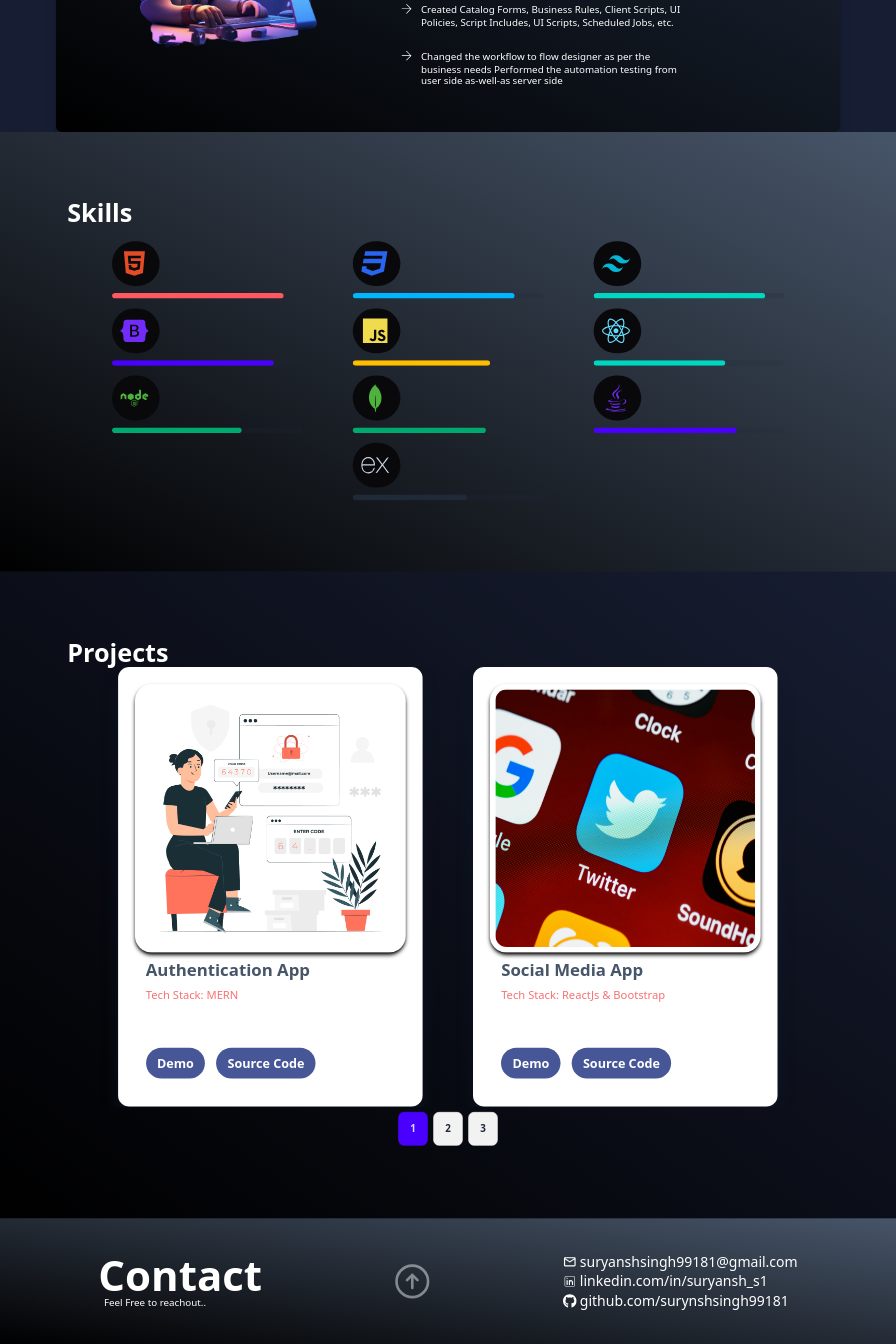
Repository: suryanshsingh99181/portfolio
Page: /
The author's editor kept a copy of each file at every save. The page is drawn from the files as they stood at one save, then again after the next save.
The browser window is 1280 px wide. The pictures show the part of the page from y = 902 to 2822 px (the page is 2822 px tall), at 70% of full size.
The project was rebuilt for these pictures with package versions that can differ from the ones it lists, and the page was loaded fresh each time. Also part of the build but not shown: vite.config.js.

Above is the page before, as saved 2024-08-23 11:15:54.

### src/main.jsx
import { StrictMode } from "react";
import { createRoot } from "react-dom/client";
import App from "./App.jsx";
import "./index.css";
import { BrowserRouter, Router } from "react-router-dom";

createRoot(document.getElementById("root")).render(
  <StrictMode>
    <App />
  </StrictMode>
);

### src/App.jsx
import Experience from "./Components/experience/Experience";
import Footer from "./Components/footer/Footer";
import Home from "./Components/home/Home";
import Navbar from "./Components/navbar/Navbar";
import Projects from "./Components/Projects/Projects";
import Skills from "./Components/skills/Skills";
import "./index.css";

function App() {
  return (
    <div className="bg-[#171d32] h-auto w-full overflow-hidden">
      <Navbar></Navbar>
      <Home></Home>
      <Experience></Experience>
      <Skills></Skills>
      <Projects></Projects>
      <Footer></Footer>
    </div>
  );
}

export default App;

### src/Components/experience/Experience.jsx
import { InboxArrowDownIcon } from "@heroicons/react/16/solid";
import { TfiArrowRight } from "react-icons/tfi";
import image from "../../assets/proj.png";
import allstate_logo from "../../assets/Allstate-Logo-2017.png";

const Experience = () => {
  return (
    <div
      id="Experience"
      className="text-white md:flex overflow-hidden items-center md:flex-wrap md:justify-center bg-gradient-to-tr from-black to to-slate-800 shadow-xl mx-0 md:mx-20 bg-opacity-30 rounded-lg p-12"
    >
      <div>
        <h2 className="text-2xl md:text-4xl font-bold">Experience</h2>
        <div className="md:flex flex-wrap flex-col md:flex-row items-center">
          <img
            className="md:h-80 -ml-28 pr-10"
            src={image}
            alt="Experience Image"
          />
          <ul>
            <div className="flex gap-10 bg-slate-950 bg-opacity-45 mt-4 rounded-lg p-4 items-center">
              <span className="text-white">
                <h2 className=" leading-tight ">
                  Associate Consultant at Allstate Solution Pvt Ltd
                </h2>
                <p className="text-sm leading-tight font-thin">
                  August 2022 - Nov 2023
                </p>
                <ul className="text-sm p-2">
                  <li>ServiceNow developer</li>
                </ul>
              </span>
              <span>
                <img src={allstate_logo} className="w-28 text-[#0033A0]" />
              </span>
            </div>
            <div className="flex gap-3 py-4">
              <TfiArrowRight />
              <span className="w-96">
                <p className="text-sm md:text-md leading-tight">
                  Incident management, change management, problem management,
                  configuration management, asset management, and other
                </p>
              </span>
            </div>
            <div className="flex gap-3 py-4">
              <TfiArrowRight />
              <span className="w-96">
                <p className="text-sm md:text-md leading-tight">
                  Created Catalog Forms, Business Rules, Client Scripts, UI
                  Policies, Script Includes, UI Scripts, Scheduled Jobs, etc.
                </p>
              </span>
            </div>

            <div className="flex gap-3 py-4">
              <TfiArrowRight />
              <span className="w-96">
                <p className="text-sm md:text-md leading-tight">
                  Changed the workflow to flow designer as per the business
                  needs Performed the automation testing from user side
                  as-well-as server side
                </p>
              </span>
            </div>
          </ul>
        </div>
      </div>
    </div>
  );
};

export default Experience;

### src/Components/footer/Footer.jsx
import { CiLinkedin } from "react-icons/ci";
import { FaGithub } from "react-icons/fa";
import { MdOutlineEmail } from "react-icons/md";
import { HiOutlineArrowUpCircle } from "react-icons/hi2";

const Footer = () => {
  const handleScrollTop = () => {
    const contactSection = document.getElementById("navbar");
    if (contactSection) {
      contactSection.scrollIntoView({ behavior: "smooth" });
    }
  };
  return (
    <div
      id="Contact"
      className="flex justify-around bg-gradient-to-tr from-black to to-slate-600 text-white p-10 md:p-12 items-center"
    >
      <div>
        <h1 className="text-2xl md:text-6xl font-bold">Contact</h1>
        <h3 className="ml-2 text-2xl md:text-sm font-normal ">
          Feel Free to reachout..
        </h3>
      </div>
      <HiOutlineArrowUpCircle
        className="text-6xl opacity-45 font-thin hover:"
        title="scroll up"
        onClick={handleScrollTop}
      />
      <ul className="text-sm md:text-xl">
        <li className="flex gap-1 items-center">
          <MdOutlineEmail />
          suryanshsingh99181@gmail.com
        </li>
        <li className="flex gap-1 items-center">
          <CiLinkedin />
          linkedin.com/in/suryansh_s1
        </li>
        <li className="flex gap-1 items-center">
          <FaGithub />
          github.com/surynshsingh99181
        </li>
      </ul>
    </div>
  );
};

export default Footer;
<div></div>;

### src/Components/home/Home.jsx
import React from "react";
import image from "../../assets/suryansh.jpg";
import TextChanger from "../../TextChanger";

const Home = () => {
  const handleScroll = () => {
    const contactSection = document.getElementById("Contact");
    if (contactSection) {
      contactSection.scrollIntoView({ behavior: "smooth" });
    }
  };
  return (
    <div className="bg-gradient-to-tr from-black to to-slate-600 text-white flex w-full justify-between items-start p-10 md:p-20">
      <div className="md:w-2/4 md:pt-10 mt-10">
        <h1 className="text-3xl md:text-6xl font-bold flex leading-normal tracking-tighter ">
          <TextChanger className=" whitespace-nowrap" />
        </h1>
        <p className="text-sm md:text-2xl leading-tight tracking-tight font-serif mt-4">
          a MERN stack developer...
        </p>
        <button
          className=" bg-blue-500 mt-5 md:md-10 text-white py-2 px-3 text-sm md:text-lg md:px-4 hover: duration-200 hover:bg-transparent hover:border-2 hover:border-[#FF7C00] font-semibold rounded-3xl"
          onClick={handleScroll}
        >
          Contact Me
        </button>
        <button
          className=" bg-blue-500 mt-5 ml-4 md:md-10 text-white py-2 px-3 text-sm md:text-lg md:px-4 hover: duration-200 hover:bg-transparent hover:border-2 hover:border-[#FF7C00] font-semibold rounded-3xl"
          onClick={""}
        >
          Resume
        </button>
      </div>
      <div>
        <img
          className="h-96 w-96 rounded-full object-cover object-center p-2 border-4 border-[#FF7C00] shadow-[0_0_0_5px_rgba(0,0,0,1)]"
          src={image}
          alt=""
        />
      </div>
    </div>
  );
};

export default Home;

### src/Components/navbar/Navbar.jsx
import { RiCloseLine, RiMenu3Line } from "@remixicon/react";
import React, { useState } from "react";

const Navbar = () => {
  const [showMenu, setShowMenu] = useState(true);
  const [menu, openMenu] = useState(false);
  return (
    <nav
      id="navbar"
      className="flex flex-wrap justify-between md:items-center text-white px-10 md:px-20 bg-slate-800 "
    >
      <span className="text-2xl font-bold tracking-wide hover:text-blue-300">
        Suryansh.
      </span>
      <ul
        className={`mx-24 mt-3 py-2 font-semibold md:-5 md:border-none  md:bg-transparent md:static md:mx-0 md:flex gap-6 ${
          menu ? "block" : "hidden"
        }`}
      >
        <a href="#Experience">
          <li className="text-md transition-all duration-500 p-1 md:p-0 hover:text-blue-300 hover:underline ">
            Experience
          </li>
        </a>
        <a href="#Skills">
          <li className="text-md transition-all duration-300 p-1 md:p-0 hover:text-blue-300 hover:underline">
            Skills
          </li>
        </a>
        <a href="#Projects">
          <li className="text-md transition-all duration-300 p-1 md:p-0 hover:text-blue-300 hover:underline">
            Projects
          </li>
        </a>
        <a href="#Contact">
          <li className="text-md transition-all duration-300 p-1 md:p-0 hover:text-blue-300 hover:underline">
            Contact
          </li>
        </a>
      </ul>
      {showMenu ? (
        <RiMenu3Line
          size={30}
          className="md:hidden absolute right-10 top-6 transition-all duration-300"
          onClick={() => {
            openMenu(!menu);
            setShowMenu(!showMenu);
          }}
        />
      ) : (
        <RiCloseLine
          size={30}
          className="md:hidden absolute right-10 top-6 transition-all duration-300"
          onClick={() => {
            openMenu(!menu);
            setShowMenu(!showMenu);
          }}
        />
      )}
    </nav>
  );
};

export default Navbar;

### src/Components/Projects/Projects.jsx
import ProjectCard from "./ProjectCard";
import proj1 from "../../assets/1.jpg";
import proj2 from "../../assets/2.jpg";
import proj3 from "../../assets/3.png";
import proj4 from "../../assets/6.png";
import proj5 from "../../assets/4.jpeg";
import proj6 from "../../assets/5.jpg";

const Projects = () => {
  return (
    <div
      id="Projects"
      className=" bg-gradient-to-tr from-black to to-slate-600p-10 md:p-24 text-white"
    >
      <h1 className="text-2xl md:text-4xl text-white font-bold">Projects</h1>

      {/* <div className="py-12 flex flex-wrap justify-evenly gap-y-3">
        <ProjectCard
          imgSrc={proj1}
          title="Authentication App"
          main="Tech Stack: MERN"
        />
        <ProjectCard
          imgSrc={proj2}
          title="Social Media App"
          main="Tech Stack: ReactJs & Bootstrap"
        />
        <ProjectCard
          imgSrc={proj3}
          title="Calculator"
          main="Tech Stack: ReactJs & TailwindCss"
        />
        <ProjectCard
          imgSrc={proj4}
          title="Rock-Paper-Scissor Game"
          main="Tech Stack: HTML, TailwindCss & Javascript"
        />
        <ProjectCard
          imgSrc={proj5}
          title="Myntra Functional Clone"
          main="Tech Stack: HTML, TailwindCss & Javascript"
        />
        <ProjectCard
          imgSrc={proj6}
          title="Amazon Clone UI"
          main="Tech Stack: HTML & CSS"
        />
      </div> */}
      <div className="carousel w-full">
        <div id="item1" className="carousel-item w-full justify-evenly">
          <ProjectCard
            imgSrc={proj1}
            title="Authentication App"
            main="Tech Stack: MERN"
          />
          <ProjectCard
            imgSrc={proj2}
            title="Social Media App"
            main="Tech Stack: ReactJs & Bootstrap"
          />
        </div>
        <div id="item2" className="carousel-item w-full justify-evenly">
          <ProjectCard
            imgSrc={proj3}
            title="Calculator"
            main="Tech Stack: ReactJs & TailwindCss"
          />
          <ProjectCard
            imgSrc={proj4}
            title="Rock-Paper-Scissor Game"
            main="Tech Stack: HTML, TailwindCss & Javascript"
          />
        </div>
        <div id="item3" className="carousel-item w-full justify-evenly">
          <ProjectCard
            imgSrc={proj5}
            title="Myntra Functional Clone"
            main="Tech Stack: HTML, TailwindCss & Javascript"
          />
          <ProjectCard
            imgSrc={proj6}
            title="Amazon Clone UI"
            main="Tech Stack: HTML & CSS"
          />
        </div>
      </div>
      <div className="flex w-full justify-center gap-2 py-2">
        <a href="#item1" className="btn btn-md btn-primary">
          1
        </a>
        <a href="#item2" className="btn btn-md">
          2
        </a>
        <a href="#item3" className="btn btn-md">
          3
        </a>
      </div>
    </div>
  );
};

export default Projects;

### src/Components/skills/Skills.jsx
import { Progress } from "@material-tailwind/react";
import "daisyui/dist/full.css";
import {
  FaCss3,
  FaFigma,
  FaGoogle,
  FaHtml5,
  FaJava,
  FaJs,
  FaNode,
  FaReact,
} from "react-icons/fa";
import {
  SiBootstrap,
  SiExpress,
  SiMongodb,
  SiRadixui,
  SiTailwindcss,
} from "react-icons/si";

import image from "../../assets/proj.png";

const Skills = () => {
  return (
    <div
      id="Skills"
      className="p-10 md:p-24 bg-gradient-to-tr from-black to to-slate-600"
    >
      <h1 className="text-2xl md:text-4xl text-white font-bold">Skills</h1>
      <div className="mt-5">
        <div className=" flex flex-wrap justify-evenly w-auto gap-2">
          <div className="w-1/4">
            <span className="p-3 bg-zinc-950 flex items-center rounded-full w-1/4">
              <FaHtml5 className=" text-[#e34c26] w-10 h-10" />
            </span>
            <progress
              className="progress progress-error w-full"
              value="90"
              max="100"
            ></progress>
          </div>
          <div className="w-1/4">
            <span className="p-3 bg-zinc-950 flex items-center rounded-full w-1/4">
              <FaCss3 className=" text-[#2965f1] w-10 h-10" />
            </span>
            <progress
              className="progress progress-info w-full"
              value="85"
              max="100"
            ></progress>
          </div>
          <div className="w-1/4">
            <span className="p-3 bg-zinc-950 flex items-center rounded-full w-1/4">
              <SiTailwindcss className=" text-[#06b6d4] w-10 h-10" />
            </span>
            <progress
              className="progress progress-accent w-full"
              value="90"
              max="100"
            ></progress>
          </div>
          <div className="w-1/4">
            <span className="p-3 bg-zinc-950 flex items-center rounded-full w-1/4">
              <SiBootstrap className=" text-[#712CF9] w-10 h-10" />
            </span>
            <progress
              className="progress progress-primary w-full"
              value="85"
              max="100"
            ></progress>
          </div>
          <div className="w-1/4">
            <span className="p-3 bg-zinc-950 flex items-center rounded-full w-1/4">
              <FaJs className="text-[#f0db4f] w-10 h-10" />
            </span>
            <progress
              className="progress progress-warning w-full"
              value="72"
              max="100"
            ></progress>
          </div>
          <div className="w-1/4">
            <span className="p-3 bg-zinc-950 flex items-center rounded-full w-1/4">
              <FaReact className=" text-[#61dbfb] w-10 h-10" />
            </span>
            <progress
              className="progress progress-accent w-full"
              value="69"
              max="100"
            ></progress>
          </div>{" "}
          <div className="w-1/4">
            <span className="p-3 bg-zinc-950 flex items-center rounded-full w-1/4">
              <FaNode className="text-[#4db33d] w-10 h-10" />
            </span>
            <progress
              className="progress progress-success w-full"
              value="68"
              max="100"
            ></progress>
          </div>{" "}
          <div className="w-1/4">
            <span className="p-3 bg-zinc-950 flex items-center rounded-full w-1/4">
              <SiMongodb className="text-[#4db33d] w-10 h-10" />
            </span>
            <progress
              className="progress progress-success w-full"
              value="70"
              max="100"
            ></progress>
          </div>
          <div className="w-1/4">
            <span className="p-3 bg-zinc-950 flex items-center rounded-full w-1/4">
              <FaJava className="text-[#712CF5] w-10 h-10" />
            </span>
            <progress
              className="progress progress-primary w-full"
              value="75"
              max="100"
            ></progress>
          </div>{" "}
          <div className="w-1/4">
            <span className="p-3 bg-zinc-950 flex items-center rounded-full w-1/4">
              <SiExpress className="text-slate-300 w-10 h-10" />
            </span>
            <progress
              className="progress progress-progress w-full"
              value="60"
              max="100"
            ></progress>
          </div>
        </div>
      </div>
    </div>
  );
};

export default Skills;

### src/TextChanger.jsx
import { useState, useEffect } from "react";

const TextChanger = () => {
  const texts = [
    "Hi, I am Suryansh!!",
    "Hi, I am Suryansh!!",
    "Hi, I am Suryansh!!",
  ];
  const [currentText, setCurrentText] = useState("");
  const [endValue, setEndValue] = useState(true);
  const [isForward, setIsForward] = useState(true);
  const [index, setIndex] = useState(0);

  useEffect(() => {
    const intervalId = setInterval(() => {
      setCurrentText(texts[index].substring(0, endValue));
      if (isForward) {
        setEndValue((prev) => prev + 1);
      } else {
        setEndValue((prev) => prev - 1);
      }
      if (endValue > texts[index].length + 10) {
        setIsForward(false);
      }
      if (endValue < 2.1) {
        setIsForward(true);
        setIndex((prev) => prev & texts.length);
      }
    }, 50);
    return () => clearInterval(intervalId);
  }, [endValue, isForward, index, texts]);
  return <div className="transition ease duration-300">{currentText}</div>;
};

export default TextChanger;

### src/Components/Projects/ProjectCard.jsx
import suryansh from "../../assets/suryansh.jpg";

const ProjectCard = ({ imgSrc, title, main }) => {
  return (
    <div className="w-2/5 p-2 md:p-6 flex flex-col bg-white shadow-xl shadow-slate-900 rounded-2xl">
      <img
        className="p-2 rounded-3xl shadow-md shadow-black h-96"
        src={imgSrc}
        alt="bannerimage"
      />
      <h3 className=" pt-2 px-4 text-xl md:text-2xl font-semibold leading-normal text-slate-600">
        {title}
      </h3>
      <p className="px-4 text-sm md:text-base leading-tight py-2 text-red-400">
        {main}
      </p>
      <div className="md:p-4 flex gap-2 md:gap-4 ">
        <button className="md:mt-10 text-white py-2 px-3 text-sm md:text-lg md:py-2 md:px-4 hover:opacity-85 duration-300 hover:scale-105 font-semibold rounded-3xl bg-[#465697]">
          Demo
        </button>
        <button className="md:mt-10 text-white py-2 px-3 text-sm md:text-lg md:py-2 md:px-4 hover:opacity-85 duration-300 hover:scale-105 font-semibold rounded-3xl bg-[#465697]">
          Source Code
        </button>
      </div>
    </div>
  );
};

export default ProjectCard;

Loaded but not shown: index.html (common file); src/index.css (common file); tailwind.config.js (common file)

After the next save:
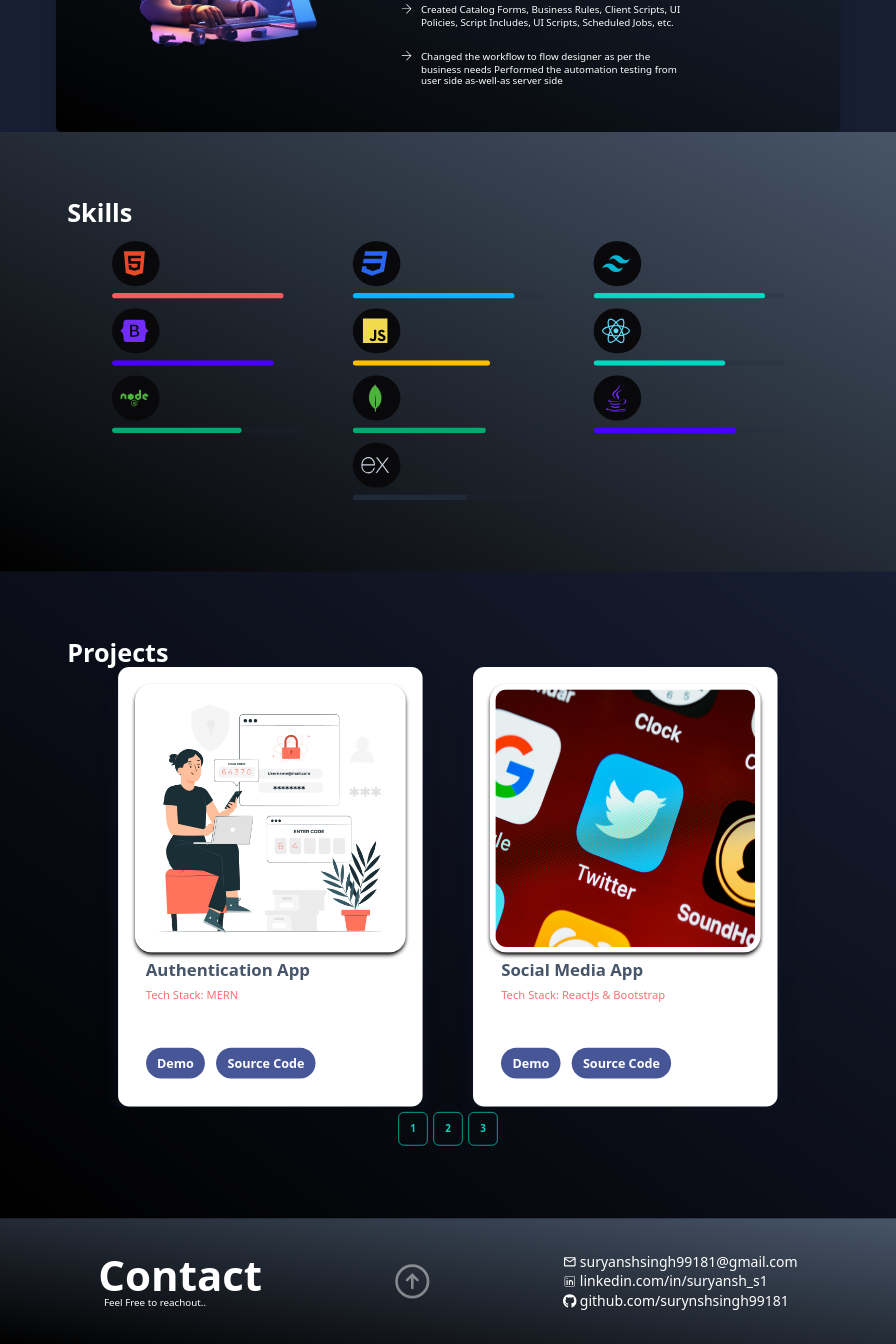
Saved 38 s later.
--- a/src/Components/Projects/Projects.jsx
+++ b/src/Components/Projects/Projects.jsx
@@ -85,13 +85,13 @@
         </div>
       </div>
       <div className="flex w-full justify-center gap-2 py-2">
-        <a href="#item1" className="btn btn-md btn-primary">
+        <a href="#item1" className="btn btn-md btn-outline btn-accent">
           1
         </a>
-        <a href="#item2" className="btn btn-md">
+        <a href="#item2" className="btn btn-md btn-outline btn-accent">
           2
         </a>
-        <a href="#item3" className="btn btn-md">
+        <a href="#item3" className="btn btn-md btn-outline btn-accent">
           3
         </a>
       </div>
